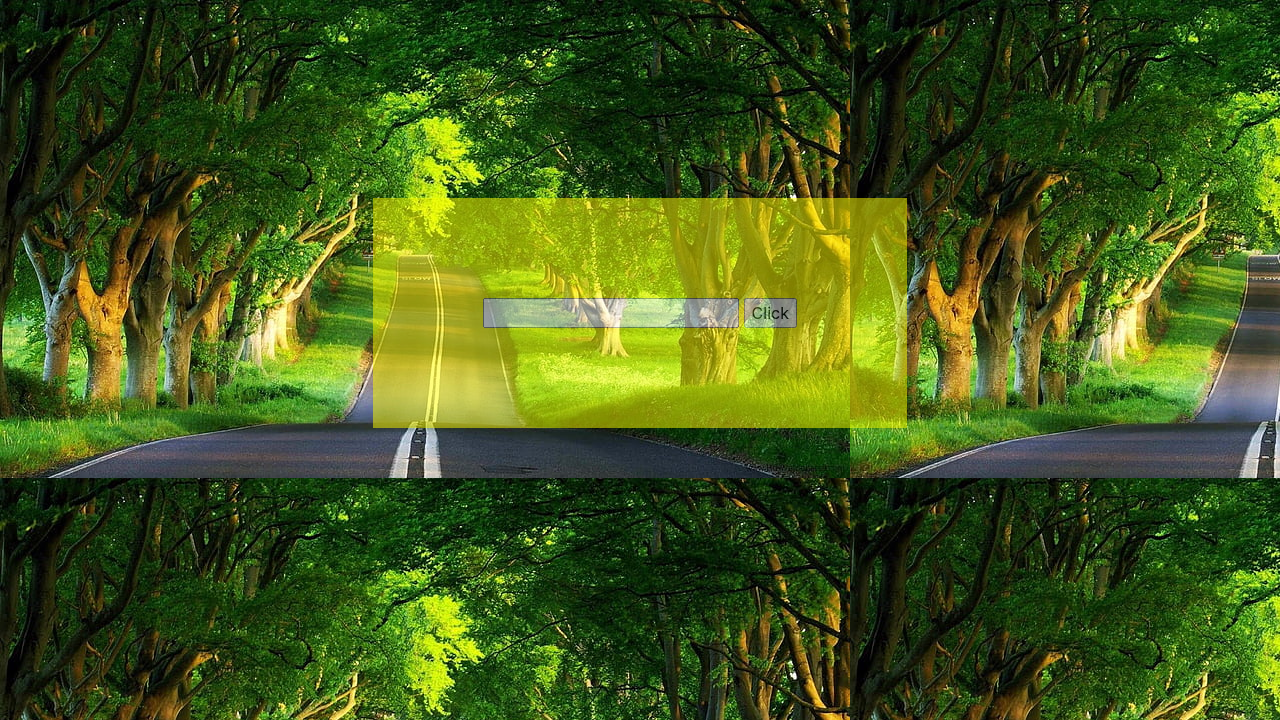
Repository: prashantkumarbind/Hospital-Weather-Concept
Page: http://localhost/weather-app/
An editor plug-in stored every save of this project. The page is shown before and after the next save, followed by the edit.
The browser window is 1280 px wide. The pictures show the whole page.
The page is served by Tomcat 9.

Above is the page before, as saved 2024-01-19 07:20:34.

After the next save:
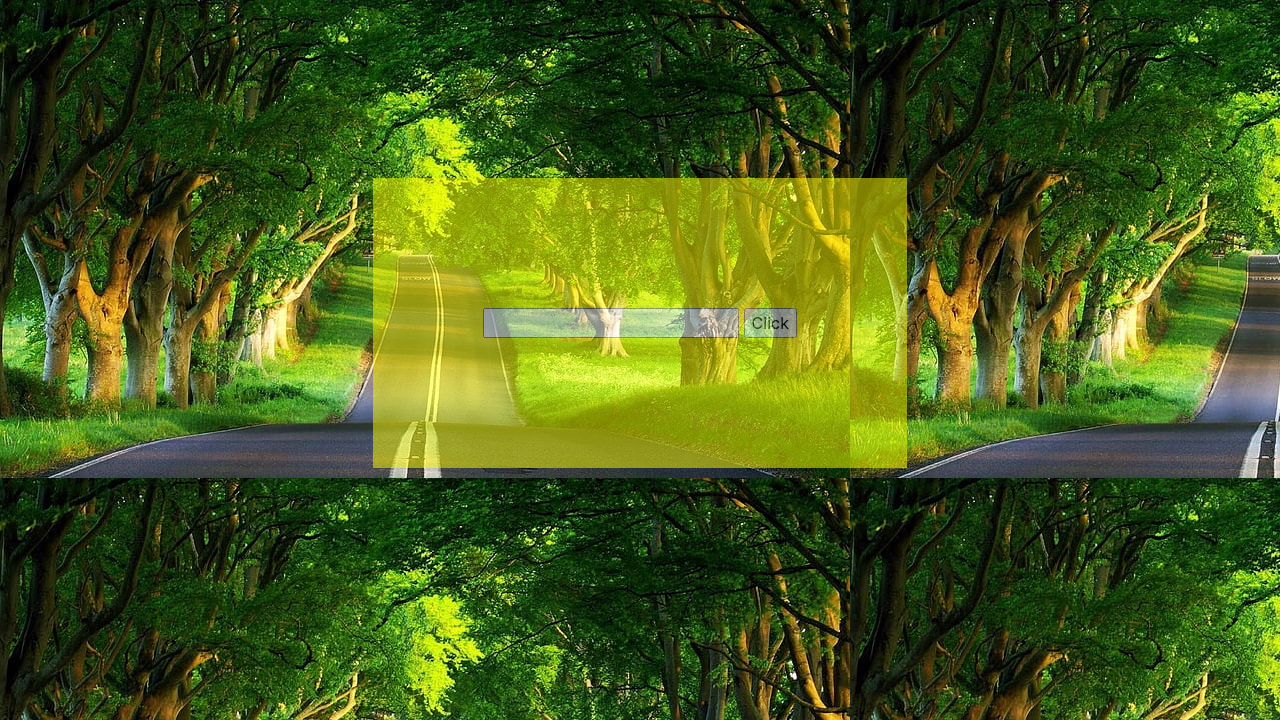
Saved 26 s later.
--- a/weather-app/src/main/webapp/index.jsp
+++ b/weather-app/src/main/webapp/index.jsp
@@ -13,9 +13,9 @@
 		 background-image: url("img/we3.jpg");
 	}
 	.controller{
-		margin-top:150px;
+		margin-top:130px;
 		background-color:yellow;
-		padding:100px 100px;
+		padding:130px 100px;
 		opacity: 0.50;
 
 	}
